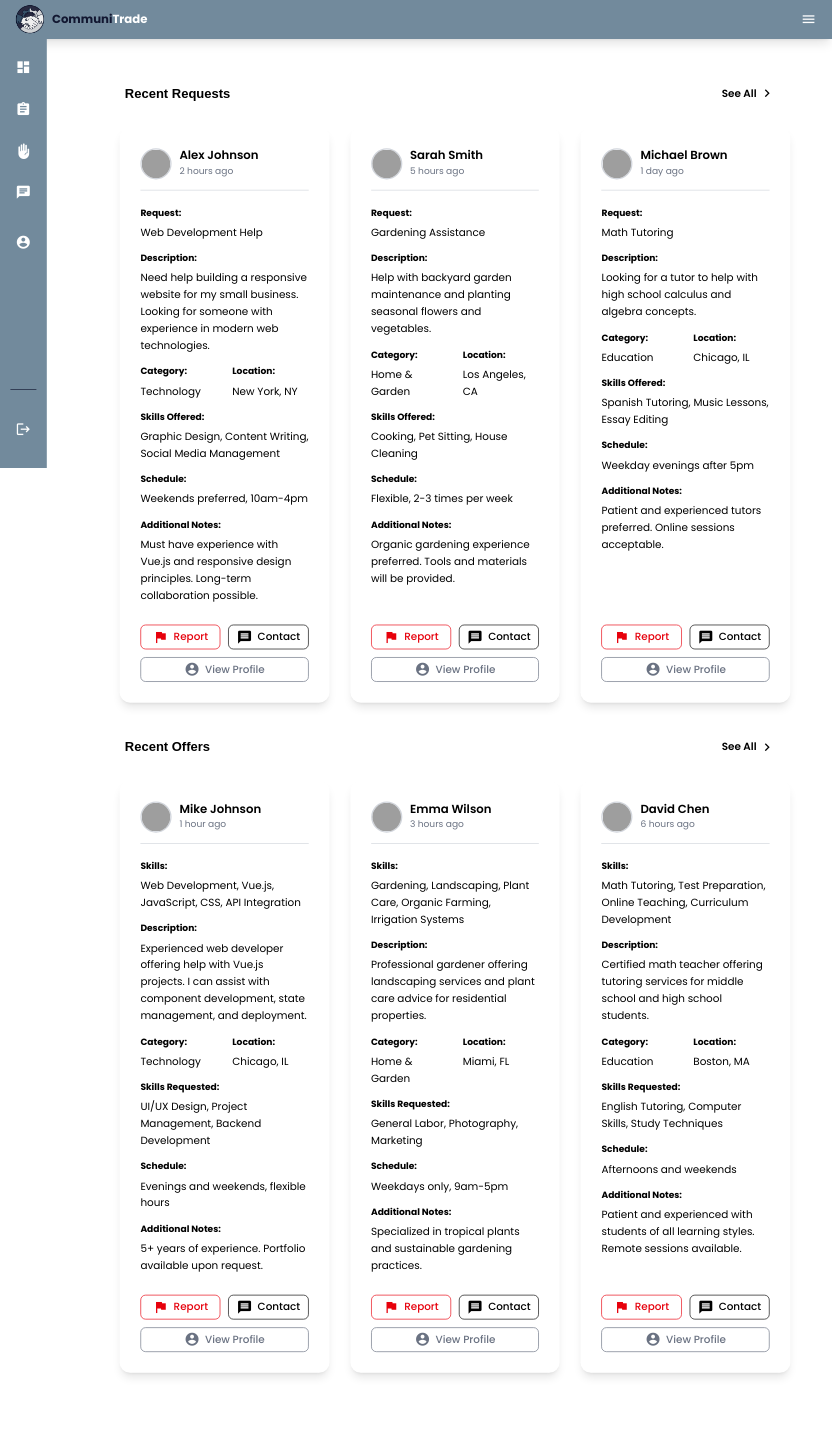
Repository: wholaanmo/communitrade_app
Page: /user/dashboard
An editor plug-in stored every save of this project. The page is shown before and after the next save, followed by the edit.
The browser window is 1280 px wide. The pictures show the whole page, at 65% of full size.
Pictures or frames that could not be fetched are drawn as grey boxes. The project was rebuilt for these pictures with package versions that can differ from the ones it lists, and the page was loaded fresh each time. Some packages were replaced by stand-ins written for this rebuild. The framework's server and built-in components were replaced by stand-ins that run in the browser. Also part of the build but not shown: next.config.mjs.

Above is the page before, as saved 2025-10-29 23:48:12.

### app/layout.js
import './globals.css';

export const metadata = {
  title: 'CommuniTrade - Community-Based Trading',
  description: 'Your platform for community-based trading and sharing of skills and services without using money.',
}

export default function RootLayout({ children }) {
  return (
    <html lang="en">
      <head>
        <link href="https://fonts.googleapis.com/css2?family=Poppins:wght@300;400;500;600;700&display=swap" rel="stylesheet" />
        <link href="https://cdnjs.cloudflare.com/ajax/libs/font-awesome/6.0.0/css/all.min.css" rel="stylesheet" />
        <link href="https://fonts.googleapis.com/icon?family=Material+Icons" rel="stylesheet" />

      </head>
      <body>{children}</body>
    </html>
  )
}

### app/user/layout.js
'use client'

import { useState } from 'react'
import UserNavbar from '@/components/user/UserNavbar'
import UserSidebar from '@/components/user/UserSidebar'

export default function UserLayout({ children }) {
  const [sidebarOpen, setSidebarOpen] = useState(false)

  const toggleSidebar = () => {
    setSidebarOpen(!sidebarOpen)
  }

  return (
    <div className="user-layout min-h-screen">
      <UserNavbar toggleSidebar={toggleSidebar} />
      <div className="layout-body flex min-h-[calc(100vh-60px)] mt-[60px]">
        <UserSidebar isOpen={sidebarOpen} onToggle={setSidebarOpen} />
        <main className={`user-content flex-1 transition-all duration-500 ease-out p-8 ${
          sidebarOpen ? 'ml-[var(--sidebar-width)]' : 'ml-[calc(3.5rem+32px)]'
        }`}>
          {children}
        </main>
      </div>

      <style jsx global>{`
        :root {
          --sidebar-width: 220px; /* reduced from 280px */
        }
      `}</style>

      <style jsx>{`
        @media (max-width: 768px) {
          .user-content {
            margin-left: 0 !important;
            padding: 1rem;
          }
        }
      `}</style>
    </div>
  )
}

### app/globals.css
@import "tailwindcss";


:root {
  --primary: #121731;
  --grey: #728a9c;
  --light: #ffffff;
  --dark-alt: #555555;
}

* {
  scrollbar-width: thin;
  scrollbar-color: #728a9c #f0f0f0;
}

body {
  font-family: 'Poppins', sans-serif;
  font-weight: 400;
}

h1, h2, h3, h4, h5, h6 {
  font-family: 'Montserrat', sans-serif;
  font-weight: 600;
}

### components/user/UserNavbar.js
'use client'

export default function Navbar({ toggleSidebar }) {
  return (
    <nav className="navbar fixed top-0 left-0 right-0 h-15 bg-[#728a9c] text-white z-50 shadow-lg">
      <div className="navbar-content flex items-center justify-between h-full px-4">
        <div className="navbar-left flex items-center">
          <div className="logo-container flex items-center gap-2">
            <img
              src="../assets/CommuniTrade.png"
              alt="CommuniTrade Logo"
              className="logo-img w-13 h-13 object-contain ml-1"
            />
            <p className="logo-text font-bold text-lg text-[#121731]">
              Communi
              <span className="logo-text1 font-bold text-lg text-white">Trade</span>
            </p>
          </div>
        </div>

        <div className="navbar-right flex items-center">
          <button
            className="hamburger-btn flex items-center justify-center w-10 h-10 rounded-full transition-all duration-300 ease-in-out text-white"
            onClick={toggleSidebar}
          >
            <span className="material-icons">menu</span>
          </button>
        </div>
      </div>

      {/* Replaced style jsx → style, no design changes */}
      <style>
        {`
          .hamburger-btn:hover {
            color: #121731;
            transform: rotate(180deg);
          }

          @media (max-width: 480px) {
            .logo-text {
              font-size: 1rem;
            }

            .logo-img {
              width: 35px;
              height: 35px;
            }
          }

          @media (max-width: 360px) {
            .logo-text {
              font-size: 0.9rem;
            }
          }
        `}
      </style>
    </nav>
  )
}

### components/user/UserSidebar.jsx
'use client'

import { useState, useEffect } from 'react'
import Link from 'next/link'
import { useRouter } from 'next/navigation'

export default function Sidebar({ isOpen, onToggle }) {
  const [is_expanded, setIsExpanded] = useState(false)
  const router = useRouter()

  useEffect(() => {
    setIsExpanded(isOpen)
  }, [isOpen])

  const handleSignOut = () => {
    console.log('Sign out clicked')
  }

  return (
    <aside className={`
      flex flex-col items-center font-['Inter']
      min-h-[calc(100vh-60px)] overflow-hidden p-4
      bg-[#728a9c] text-[#121731] transition-all duration-500 ease-out
      fixed left-0 top-[60px] z-50
      ${is_expanded ? 'w-[230px] items-start' : 'w-[calc(2.5rem+32px)] items-center'}
    `}>
      {/* Menu Items */}
      <div className={`
        menu w-full m-0 flex flex-col flex-1
        ${is_expanded ? 'items-stretch' : 'items-center'}
      `}>
        <Link href="/user/dashboard" className={`
          group button flex items-center no-underline p-4
          transition-all duration-200 ease-out rounded-lg mb-2
          hover:bg-white
          ${is_expanded ? 'justify-start' : 'justify-center w-full'}
        `}>
          <span className="material-icons text-2xl text-white transition-all duration-200 ease-out min-w-8 text-center group-hover:text-[#728a9c]">dashboard</span>
          <span className={`
            text-white transition-all duration-200 ease-out
            group-hover:text-[#728a9c]
            ${is_expanded ? 'opacity-100 w-auto pl-4' : 'opacity-0 w-0 overflow-hidden'}
          `}>Dashboard</span>
        </Link>

        <Link href="/user/request" className={`
          group button flex items-center no-underline p-4
          transition-all duration-200 ease-out rounded-lg mb-2
          hover:bg-white
          ${is_expanded ? 'justify-start' : 'justify-center w-full'}
        `}>
          <span className="material-icons text-2xl text-white transition-all duration-200 ease-out min-w-8 text-center group-hover:text-[#728a9c]">assignment</span>
          <span className={`
            text-white transition-all duration-200 ease-out
            group-hover:text-[#728a9c]
            ${is_expanded ? 'opacity-100 w-auto pl-4' : 'opacity-0 w-0 overflow-hidden'}
          `}>Requests</span>
        </Link>

        <Link href="/user/offer" className={`
          group button flex items-center no-underline p-4
          transition-all duration-200 ease-out rounded-lg mb-2
          hover:bg-white
          ${is_expanded ? 'justify-start' : 'justify-center w-full'}
        `}>
          <span className="material-icons text-2xl text-white transition-all duration-200 ease-out min-w-8 text-center group-hover:text-[#728a9c]">front_hand</span>
          <span className={`
            text-white transition-all duration-200 ease-out
            group-hover:text-[#728a9c]
            ${is_expanded ? 'opacity-100 w-auto pl-4' : 'opacity-0 w-0 overflow-hidden'}
          `}>Offers</span>
        </Link>

        <Link href="/user/message" className={`
          group button flex items-center no-underline p-4
          transition-all duration-200 ease-out rounded-lg mb-2
          hover:bg-white
          ${is_expanded ? 'justify-start' : 'justify-center w-full'}
        `}>
          <span className="material-icons text-2xl text-white transition-all duration-200 ease-out min-w-8 text-center group-hover:text-[#728a9c]">chat</span>
          <span className={`
            text-white transition-all duration-200 ease-out
            group-hover:text-[#728a9c]
            ${is_expanded ? 'opacity-100 w-auto pl-4' : 'opacity-0 w-0 overflow-hidden'}
          `}>Messages</span>
        </Link>

        <Link href="/user/account" className={`
          group button flex items-center no-underline p-4
          transition-all duration-200 ease-out rounded-lg mb-2
          hover:bg-white
          ${is_expanded ? 'justify-start' : 'justify-center w-full'}
        `}>
          <span className="material-icons text-2xl text-white transition-all duration-200 ease-out min-w-8 text-center group-hover:text-[#728a9c]">account_circle</span>
          <span className={`
            text-white transition-all duration-200 ease-out
            group-hover:text-[#728a9c]
            ${is_expanded ? 'opacity-100 w-auto pl-4' : 'opacity-0 w-0 overflow-hidden'}
          `}>My Account</span>
        </Link>
      </div>

      {/* Sign Out Button */}
      <div className="menu-bottom flex justify-center w-full mt-auto pt-4 border-t border-[#121731]">
        <button onClick={handleSignOut} className={`
          group sign-out flex items-center no-underline p-4
          transition-all duration-200 ease-out rounded-lg
          hover:bg-white bg-none border-none cursor-pointer
          ${is_expanded ? 'justify-start w-full' : 'justify-center w-full'}
        `}>
          <span className="material-icons text-2xl text-white transition-all duration-200 ease-out min-w-8 text-center group-hover:text-[#728a9c]">logout</span>
          <span className={`
            text-white transition-all duration-200 ease-out text-lg
            group-hover:text-[#728a9c]
            ${is_expanded ? 'opacity-100 w-auto pl-4' : 'opacity-0 w-0 overflow-hidden'}
          `}>Sign Out</span>
        </button>
      </div>
    </aside>
  )
}

Loaded but not shown: app/user/dashboard/page.js (787 lines, source omitted)

After the next save:
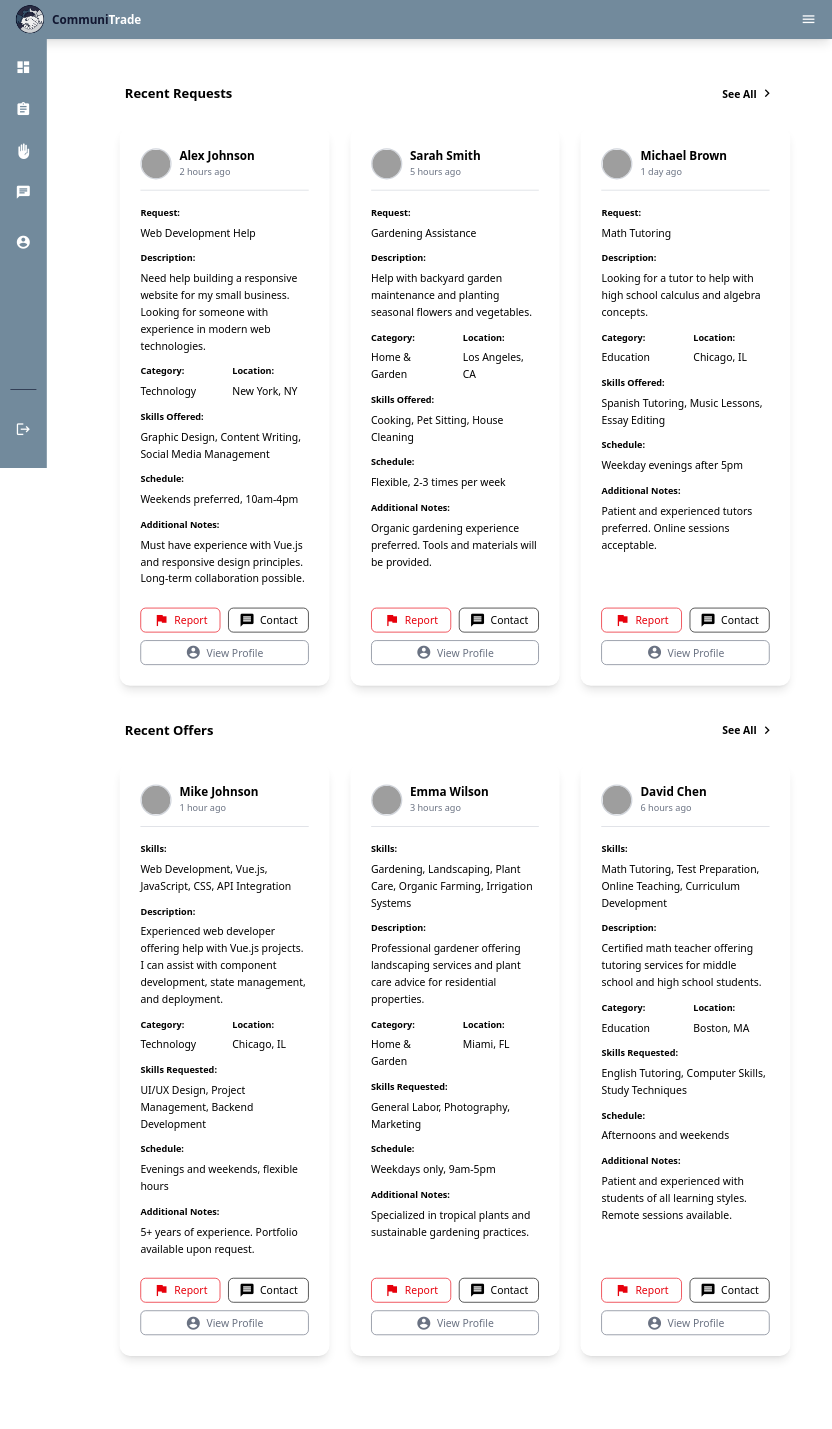
Saved 17 s later.
--- a/app/globals.css
+++ b/app/globals.css
@@ -12,13 +12,3 @@
   scrollbar-width: thin;
   scrollbar-color: #728a9c #f0f0f0;
 }
-
-body {
-  font-family: 'Poppins', sans-serif;
-  font-weight: 400;
-}
-
-h1, h2, h3, h4, h5, h6 {
-  font-family: 'Montserrat', sans-serif;
-  font-weight: 600;
-}

After the save that followed:
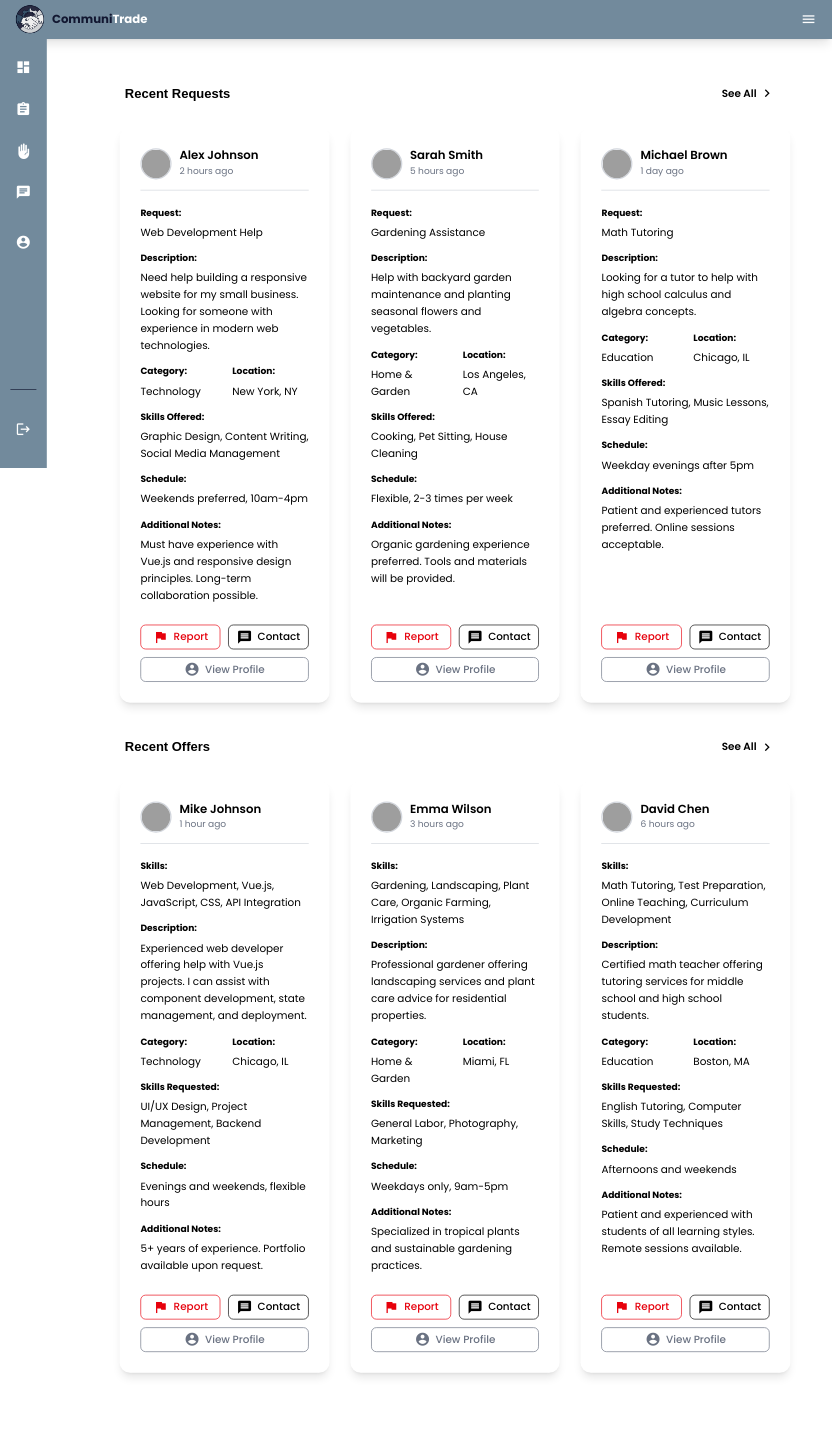
Saved 10 s later.
--- a/app/globals.css
+++ b/app/globals.css
@@ -12,3 +12,13 @@
   scrollbar-width: thin;
   scrollbar-color: #728a9c #f0f0f0;
 }
+
+body {
+  font-family: 'Poppins', sans-serif;
+  font-weight: 400;
+}
+
+h1, h2, h3, h4, h5, h6 {
+  font-family: 'Montserrat', sans-serif;
+  font-weight: 600;
+}
